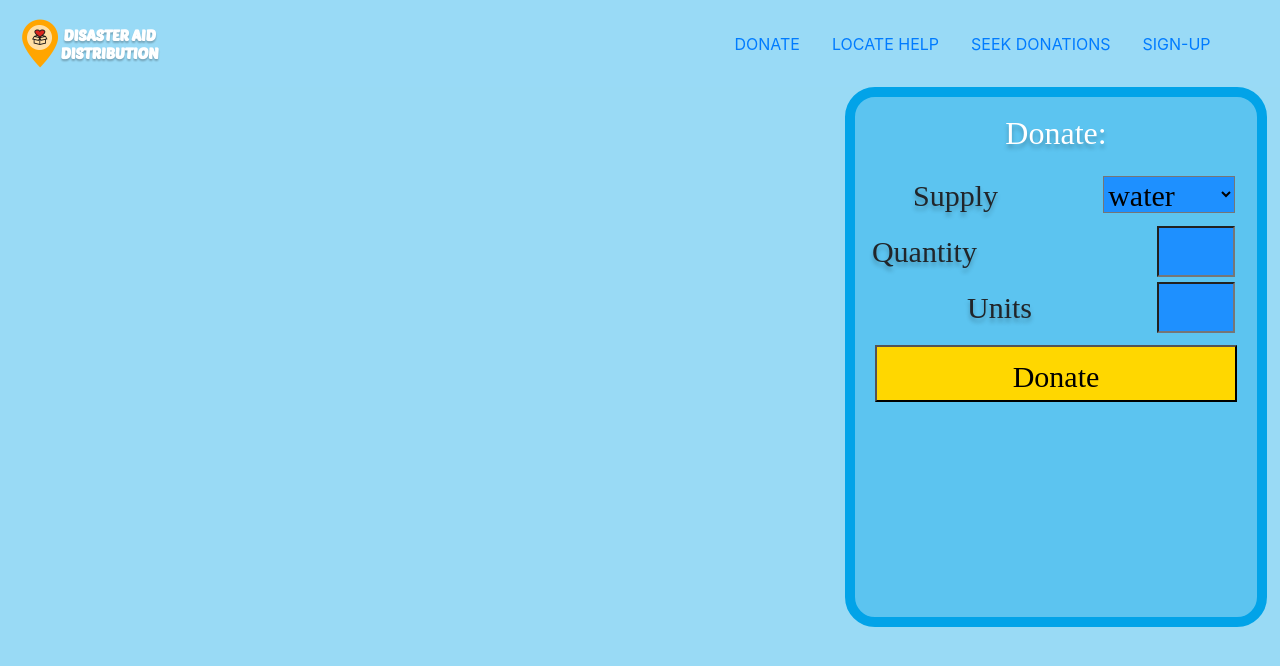
Repository: uprm-inso-4115-2019-2020-S2/semester-project-inso4115-DisasterAid-backend
Page: /donate-modal (app in disaster-aid/)
These files come from the project's save history. The page is drawn as it stood at one moment and after the next save; the edit follows.
The browser window is 1280 px wide. The pictures show the whole page.
The project was rebuilt for these pictures with package versions that can differ from the ones it lists, and the page was loaded fresh each time. Also part of the build but not shown: disaster-aid/angular.json, disaster-aid/src/app/login/login.component.ts, disaster-aid/src/app/register/register.component.ts, disaster-aid/src/app/home/home.component.ts, disaster-aid/src/app/landing-page/landing-page.component.ts, disaster-aid/src/app/donations/donations.component.ts, disaster-aid/src/app/donations.service.ts.

Above is the page before, as saved 2020-05-09 02:13:47.

After the next save:
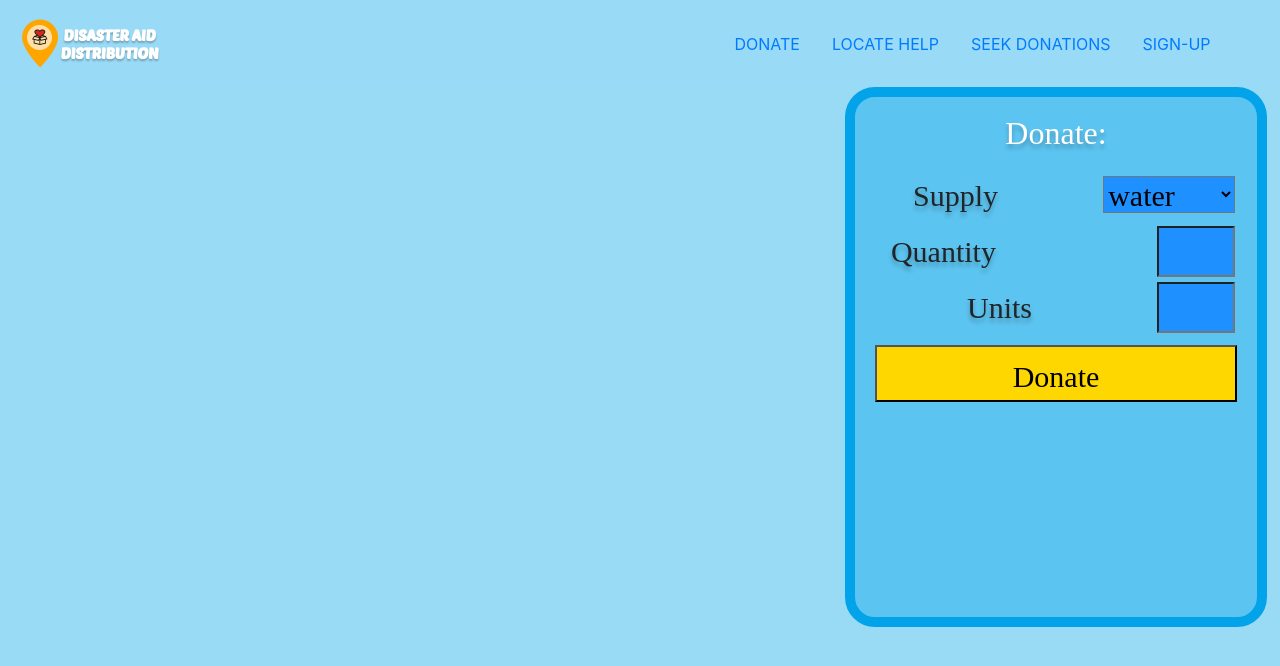
Saved 6 s later.
--- a/disaster-aid/src/app/donate-modal/donate-modal.component.html
+++ b/disaster-aid/src/app/donate-modal/donate-modal.component.html
@@ -31,7 +31,7 @@
                 </select>
             </div>
             <div>
-                <label for="quantity" style="width:75%; text-align:left;">Quantity</label>
+                <label for="quantity" style="width:70%; text-align:left;">Quantity</label>
                 <input type="number" class="select" id="quantity" name="quantity" min="1" max="5">
             </div>
             <div>
